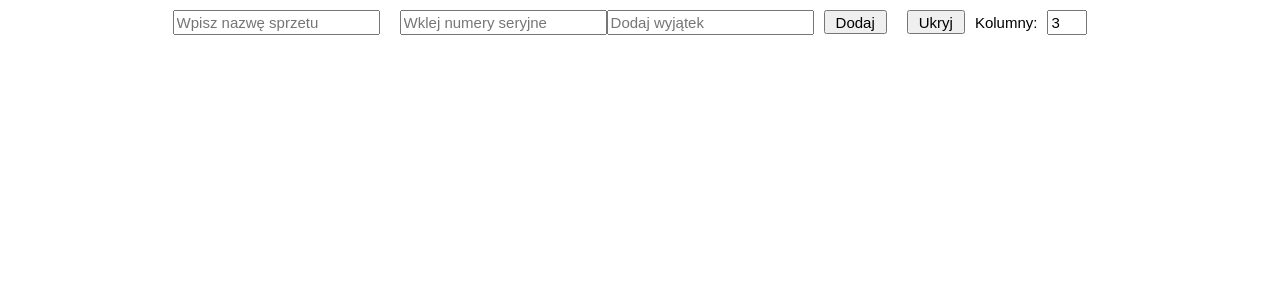
Repository: sypekk/codes-printer
Page: /
These files come from the project's save history. The page is drawn as it stood at one moment and after the next save; the edit follows.
The browser window is 1280 px wide. The pictures show the whole page.
Some web fonts or font styles are not loaded; a fallback is used. The project was rebuilt for these pictures with package versions that can differ from the ones it lists, and the page was loaded fresh each time.

Above is the page before, as saved 2019-05-02 18:27:50.

### public/index.html
<!DOCTYPE html>
<html lang="pl">

<head>
  <meta charset="utf-8">
  <link rel="shortcut icon" href="%PUBLIC_URL%/favicon.ico">
  <meta name="viewport" content="width=device-width, initial-scale=1, shrink-to-fit=no">
  <meta name="theme-color" content="#000000">
  <link rel="manifest" href="%PUBLIC_URL%/manifest.json">
  <title>Generator Kodów</title>
</head>

<body>
  <div id="root"></div>
</body>

</html>

### src/App.js
import React, { Component } from 'react';
import './App.css';
import Inputer from './Inputer';
import styled from 'styled-components';



const Containter = styled('div')`
    display: grid;
    grid-template-columns: repeat(${(props) => props.number}, 1fr);
    grid-template-rows: repeat(auto - fill, 1fr);
`

const Name = (props) => (
  <div className='name'>{props.title}</div>
)


const Serial = (props) => {
  const seriall = props.serial.replace('ZONKZONKZONK', ' ');
  return (
    <div className='code'>{`*${seriall}*`}</div>
  )
}

const Items = (props) => {

  return (
    <>
      {props.list.map(items => (
        <>
          <Name key={items.item} title={items.title} />
          {items.serials.map(item => (
            < Serial key={item} serial={item} />
          )
          )}
        </>
      )
      )}
    </>
  )
}

class App extends Component {

  state = ({
    text: '',
    list: [],
    off: false,
    title: '',
    columns: 3,
    exceptions: '',
  })



  handleButtonAdd = () => {
    const text = this.state.text;
    const title = this.state.title;

    const exceptions = this.state.exceptions;
    let newString = '';
    if (exceptions.length > 0) {
      const zonk = exceptions.slice(0, exceptions.length - 1);
      newString = text.replace(new RegExp(exceptions, 'gi'), `${zonk}ZONKZONKZONK`);
    } else {
      newString = text;
    }
    const split = newString.split(' ');
    split.forEach(items => {
      const tmp = items.split('\t');
      const item = {
        title: title,
        serials: tmp,
      }
      this.setState(prevState => ({
        list: [...prevState.list, item]
      }))
    })
    this.setState({
      text: '',
      title: '',
    })
  }

  handleButtonHide = () => {
    this.setState({
      off: true,
    })
  }

  handleChange = (e) => {
    this.setState({
      [e.target.name] : e.target.value,
    })
  }

  render() {

    return (
      <React.Fragment>
        {!this.state.off ? <Inputer
          {...this.state}
          changeFn={this.handleChange}
          hideFn={this.handleButtonHide}
          addFn={this.handleButtonAdd}
        /> : null}
        <Containter number={this.state.columns}>
          {this.state.list.length > 0 && <Items list={this.state.list} />}
        </Containter>
      </React.Fragment >
    );
  }
}

export default App;

### src/App.css
/* @import url('https://fonts.googleapis.com/css?family=Libre+Barcode+39+Extended+Text'); */
@import url('https://fonts.googleapis.com/css?family=Libre+Barcode+39+Text');

* {
  margin: 0;
  padding: 0;
  box-sizing: border-box;
}

div {
  font-size: 15px;
  font-family: Arial, Helvetica, sans-serif;
}

.App {
  text-align: center;
}


button {
  font-size: 15px;
  min-width: 50px;
  height: 24px;
  cursor: pointer;
  margin: 10px;
  padding: 0 10px;
}

input {
  font-size: 15px;
  padding: 2px;
}

input:nth-child(1) {
  margin-right: 20px;
}

div:disabled, input:disabled, button:disabled {
  display: none;
}

.wrapper {
  display: grid;
  grid-template-columns: repeat(3, 1fr);
  grid-template-rows: repeat(auto-fill, 1fr);
}

div.name {
  /* dispaly: flex; */
  padding: 15px 5px 5px;
  /* align-self: center; */
  text-align: center;
  border-bottom: 1px solid black;
}

div.code {
  /* font-family: "Code_39 2_5"; */
  /* font-family: "Libre Barcode 39 Extended Text"; */
  font-family: "Libre Barcode 39 Text";
  font-size: 38px;
  padding: 10px 5px 5px;
  text-align: center;
  border-bottom: 1px solid black;
}

### src/Inputer.js
import React from 'react';
import styled from 'styled-components';

const NumberInputer = styled.input`
  width: 40px;
  margin-left: 10px;
`

const Inputer = ({ changeFn, hideFn, addFn, exceptions, text, title, columns, ...props }) => (
  <div disabled={props.off ? true : false} className="App">
    <input placeholder='Wpisz nazwę sprzetu' name='title' onChange={changeFn} value={title} />
    <input placeholder='Wklej numery seryjne' name='text' type="text" onChange={changeFn} value={text} />
    <input placeholder='Dodaj wyjątek' name='exceptions' onChange={changeFn} value={exceptions} />
    <button onClick={addFn}>Dodaj</button>
    <button onClick={hideFn}>Ukryj</button>
    <label>
      Kolumny:
      <NumberInputer type='number' min='2' max='9' name='columns' onChange={changeFn} value={columns} />
    </label>

  </div>
)

export default Inputer;

Loaded but not shown: src/index.js (common file)

After the next save:
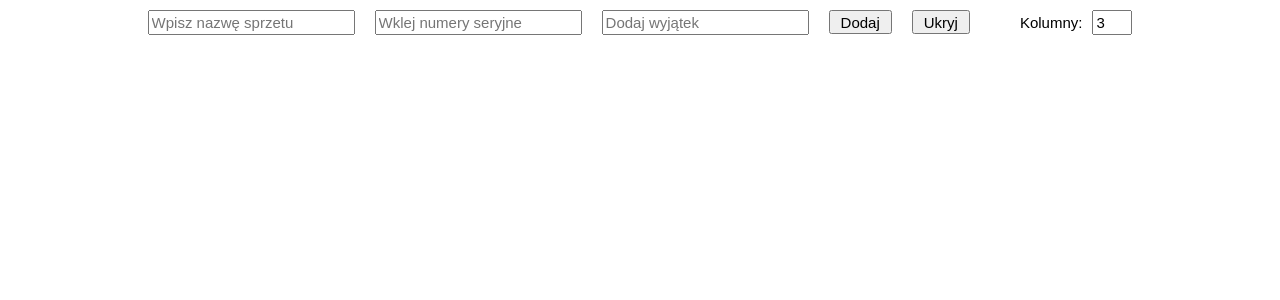
Saved 87 s later.
--- a/src/App.css
+++ b/src/App.css
@@ -16,6 +16,9 @@ div {
   text-align: center;
 }
 
+label {
+  margin-left: 40px;
+}
 
 button {
   font-size: 15px;
@@ -29,13 +32,10 @@ button {
 input {
   font-size: 15px;
   padding: 2px;
+  margin: 0px 10px;
 }
 
-input:nth-child(1) {
-  margin-right: 20px;
-}
-
-div:disabled, input:disabled, button:disabled {
+div:disabled {
   display: none;
 }
 
@@ -57,7 +57,7 @@ div.code {
   /* font-family: "Code_39 2_5"; */
   /* font-family: "Libre Barcode 39 Extended Text"; */
   font-family: "Libre Barcode 39 Text";
-  font-size: 38px;
+  font-size: 30px;
   padding: 10px 5px 5px;
   text-align: center;
   border-bottom: 1px solid black;
